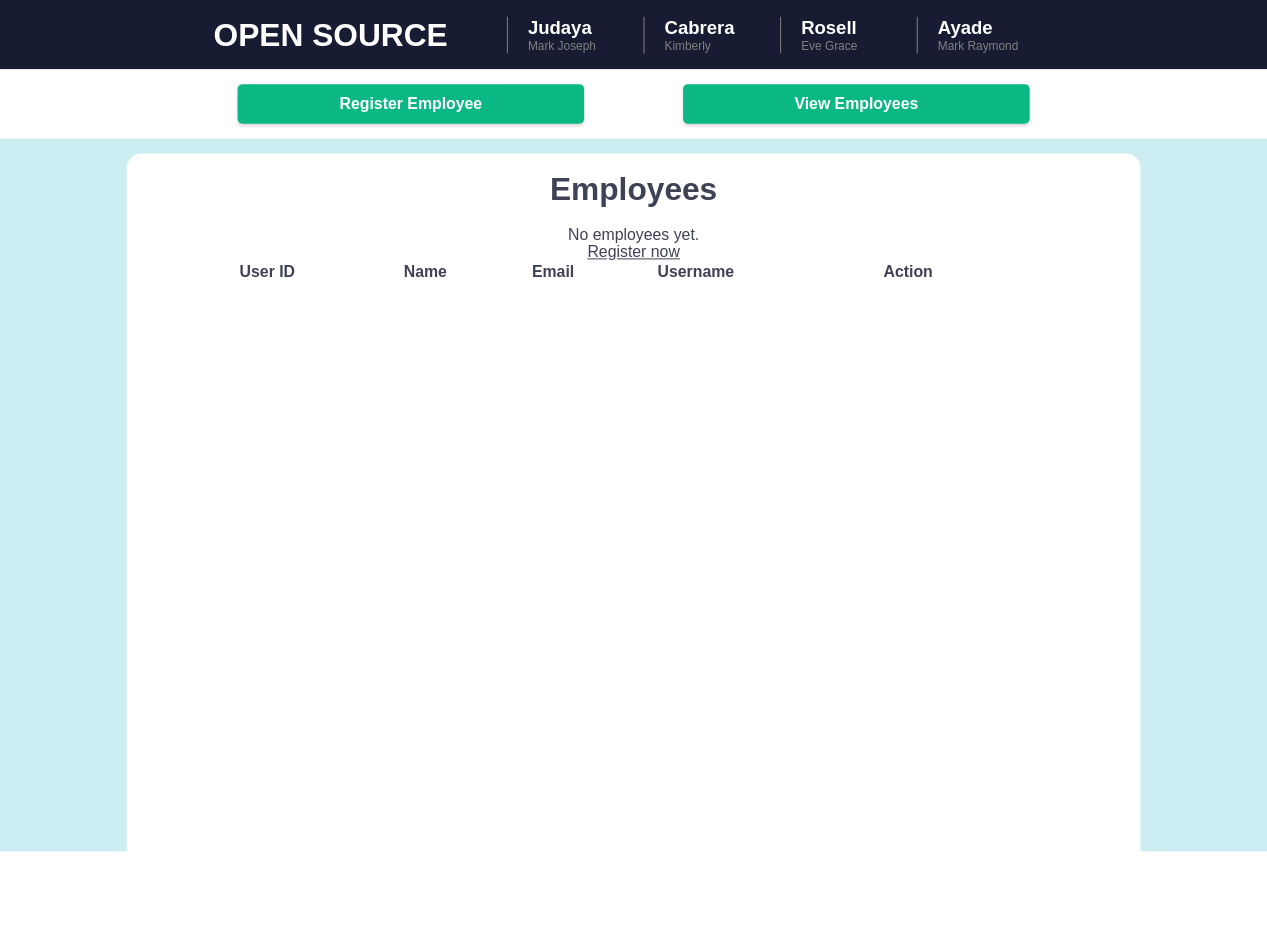
Repository: azkalonz/Int-Prog-2
Page: http://localhost/Int_Prog_2/employee?page=view
The author's editor kept a copy of each file at every save. The page is drawn from the files as they stood at one save, then again after the next save.
The browser window is 1280 px wide. The pictures show the whole page, at 99% of full size.
The page is served by Tomcat 9. Other server files are loaded and not shown. Queries for data that is not in the repository find no rows.

Above is the page before, as saved 2021-03-02 11:56:11.

### Int Prog 2/WebContent/WEB-INF/views/employees.jsp
<%@taglib prefix="c" uri="http://java.sun.com/jsp/jstl/core"%>

<jsp:include page="/WEB-INF/layout/header.jsp" />

<div class="tableCon">
            <h1>Employees</h1>
            <br>
            <c:if test="${empty employees}">
			    No employees yet. <a href="<%=request.getContextPath() %>/register">Register now</a>
			</c:if>
            <table id="theTable">
                <thead>
                    <tr>
                        <th>User ID</th>
                        <th>Name</th>
                        <th>Email</th>
                        <th>Username</th>
                        <th>Action</th>
                    </tr>
                </thead>
                <tbody>
                    <c:forEach items="${employees}" var="employee">
					    <tr>
					        <td>${employee.employeeID}</td>
					        <td>${employee.firstname} ${employee.lastname}</td>
					        <td>${employee.email}</td>
					        <td>${employee.username}</td>
					        <td>
					        	<a class="button-link" href="?id=${employee.employeeID}">
					        		View
					        	</a>
					        	<a class="button-link" href="<%=request.getContextPath() %>/delete?id=${employee.employeeID}">
					        		Delete
					        	</a>
					        </td>
					    </tr>
					</c:forEach>
                </tbody>
            </table>
        </div>

<jsp:include page="/WEB-INF/layout/footer.jsp" />

### Int Prog 2/WebContent/WEB-INF/layout/header.jsp
<%@ page language="java" contentType="text/html; charset=ISO-8859-1"
	pageEncoding="ISO-8859-1"%>
<!DOCTYPE html>
<html>
<head>
<meta charset="ISO-8859-1">
<title>Employee</title>
<link rel="stylesheet" href="<%=request.getContextPath()%>/css/style.css"/>
</head>
<body>
<header>
        <div class="container">
            <h1>OPEN SOURCE</h1>
            <div class="namesCon">
                <div class="names">
                    <h3>Judaya</h3>
                    <span>Mark Joseph</span>
                </div>
                <div class="names">
                    <h3>Cabrera</h3>
                    <span>Kimberly</span>
                </div>
                <div class="names">
                    <h3>Rosell</h3>
                    <span>Eve Grace</span>
                </div>
                <div class="names">
                    <h3>Ayade</h3>
                    <span>Mark Raymond</span>
                </div>
            </div>
        </div>
    </header>
    <div class="navCon">
        <div class="container">
            <a class="button" href="<%=request.getContextPath()%>/register">Register Employee</a>
            <a class="button" href="<%=request.getContextPath()%>/employee">View Employees</a>
        </div>
    </div>

    <div class="thecontent">

### Int Prog 2/src/com/intprog/controller/EmployeeServlet.java
package com.intprog.controller;

import java.io.IOException;
import java.util.ArrayList;

import javax.servlet.ServletException;
import javax.servlet.annotation.WebServlet;
import javax.servlet.http.HttpServlet;
import javax.servlet.http.HttpServletRequest;
import javax.servlet.http.HttpServletResponse;

import com.intprog.dao.EmployeeDAO;
import com.intprog.model.Employee;

/**
 * Servlet implementation class EmployeeServlet
 */
@WebServlet("/employee")
public class EmployeeServlet extends HttpServlet {
	private static final long serialVersionUID = 1L;
	EmployeeDAO employeeDAO = new EmployeeDAO();

    /**
     * @see HttpServlet#HttpServlet()
     */
    public EmployeeServlet() {
        super();
        // TODO Auto-generated constructor stub
    }

	/**
	 * @see HttpServlet#doGet(HttpServletRequest request, HttpServletResponse response)
	 */
	protected void doGet(HttpServletRequest request, HttpServletResponse response) throws ServletException, IOException  {
		// TODO Auto-generated method stub
		String id = request.getParameter("id");
		ArrayList<Employee> employees = new ArrayList<Employee>();
		Employee emp = new Employee();
		try {
			emp = employeeDAO.selectEmployee(Integer.parseInt(id));
			getServletContext().setAttribute("employee", emp);
			getServletContext().getRequestDispatcher("/WEB-INF/views/employee.jsp").forward(request, response);
		} catch(Exception e) {

		}
		try {
			employees = employeeDAO.allEmployee();
			getServletContext().setAttribute("employees", employees);
			getServletContext().getRequestDispatcher("/WEB-INF/views/employees.jsp").forward(request, response);
		}catch(Exception e) {
		}
	}

	/**
	 * @see HttpServlet#doPost(HttpServletRequest request, HttpServletResponse response)
	 */
	protected void doPost(HttpServletRequest request, HttpServletResponse response) throws ServletException, IOException {
		// TODO Auto-generated method stub
		doGet(request, response);
	}

}

### Int Prog 2/src/com/intprog/model/Employee.java
package com.intprog.model;

public class Employee {
	private String firstname,lastname,email,username,password,mi;
	public int employeeID;

	public int getEmployeeID() {
		return employeeID;
	}

	public void setEmployeeID(int employeeID) {
		this.employeeID = employeeID;
	}

	public String getFirstname() {
		return firstname;
	}

	public void setFirstname(String firstname) {
		this.firstname = firstname;
	}

	public String getLastname() {
		return lastname;
	}

	public void setLastname(String lastname) {
		this.lastname = lastname;
	}

	public String getEmail() {
		return email;
	}

	public void setEmail(String email) {
		this.email = email;
	}

	public String getUsername() {
		return username;
	}

	public void setUsername(String username) {
		this.username = username;
	}

	public String getPassword() {
		return password;
	}

	public void setPassword(String password) {
		this.password = password;
	}

	public String getMi() {
		return mi;
	}

	public void setMi(String mi) {
		this.mi = mi;
	}



}

### Int Prog 2/WebContent/css/style.css
* {
  margin: 0;
  padding: 0;
  box-sizing: border-box;
  font-family: "Poppins", sans-serif;
  color: rgb(63, 66, 84);
}

header {
  width: 100%;
  height: 70px;
  background: rgb(24, 28, 50);
  display: flex;
  align-items: center;
  justify-content: center;
}

header .container {
  width: 1024px;
  display: flex;
  justify-content: center;
}

header .container h1 {
  color: white;
  margin-right: 20px;
}

header .container .namesCon {
  display: flex;
  margin-left: 40px;
}

.container .namesCon .names {
  width: 130px;
  display: flex;
  flex-direction: column;
  margin-right: 8px;
  border-left: 1px solid gray;
  padding-left: 20px;
}

.namesCon .names h3 {
  color: white;
}

.namesCon .names span {
  font-size: 12px;
  color: gray;
}

.navCon {
  width: 100%;
  height: 70px;
  background: white;
  display: flex;
  align-items: center;
  justify-content: center;
  padding: 20px 0;
}

.navCon .container {
  width: 1024px;
  display: flex;
  align-items: center;
  justify-content: center;
}

.navCon .container .button {
  width: 350px;
  height: 40px;
  margin: 0 50px;
  cursor: pointer;
  border: none;
  border-radius: 5px;
  background: rgb(11, 183, 131);
  font-weight: bold;
  box-shadow: 0 2px 4px lightgray;
  display: flex;
  justify-content: center;
  align-items: center;
}

.navCon .container .button {
  text-decoration: none;
  color: white;
}

.thecontent {
  width: 100%;
  height: 100vh;
  display: flex;
  justify-content: center;
  padding: 15px 0;
  background: rgb(204, 238, 242);
}

.formCon {
  display: flex;
  align-items: center;
  justify-content: center;
  width: 1024px;
  height: 700px;
  background: white;
  padding-top: 15px;
  border-radius: 15px;
}
.inputCon {
  width: 370px;
  height: 80px;
  display: flex;
  flex-direction: column;
}

.inputCon span {
  margin-right: 10px;
  font-size: 15px;
}

.inputCon input {
  height: 40px;
  padding-left: 7px;
  border: 1px solid gray;
  border-radius: 5px;
}

.formCon button {
  width: 200px;
  height: 70px;
  float: right;
  border: none;
  border-radius: 4px;
  background: rgb(11, 183, 131);
  color: white;
  font-weight: bold;
  box-shadow: 0 2px 4px lightgray;
}

.thecontent .tableCon {
  background: white;
  width: 1024px;
  height: 800px;
  display: flex;
  justify-content: flex-start;
  padding-top: 18px;
  align-items: center;
  flex-direction: column;
  border-radius: 15px;
}

.tableCon table {
  width: 800px;
}

.tableCon table th {
  text-align: left;
}

.view-employee-table tr td:first-of-type{
	font-weight: bold;
	width: 200px;
	max-width: 200px;
}

table tr td {
	padding: 7px 13px;
}

Loaded but not shown: Int Prog 2/WebContent/WEB-INF/layout/footer.jsp (common file)

After the next save:
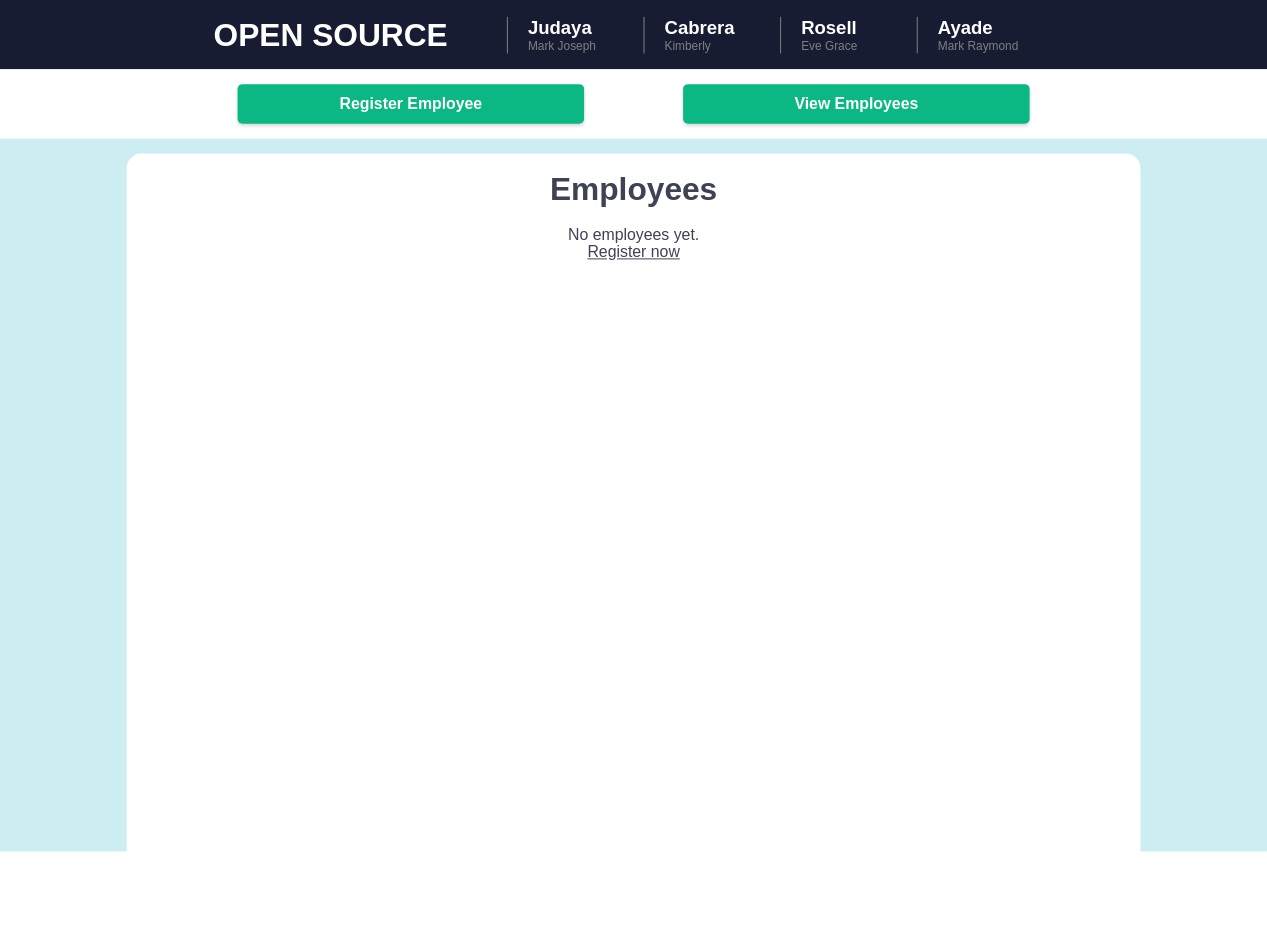
Saved 23 s later.
--- a/Int Prog 2/WebContent/WEB-INF/views/employees.jsp
+++ b/Int Prog 2/WebContent/WEB-INF/views/employees.jsp
@@ -8,35 +8,38 @@
             <c:if test="${empty employees}">
 			    No employees yet. <a href="<%=request.getContextPath() %>/register">Register now</a>
 			</c:if>
-            <table id="theTable">
-                <thead>
-                    <tr>
-                        <th>User ID</th>
-                        <th>Name</th>
-                        <th>Email</th>
-                        <th>Username</th>
-                        <th>Action</th>
-                    </tr>
-                </thead>
-                <tbody>
-                    <c:forEach items="${employees}" var="employee">
-					    <tr>
-					        <td>${employee.employeeID}</td>
-					        <td>${employee.firstname} ${employee.lastname}</td>
-					        <td>${employee.email}</td>
-					        <td>${employee.username}</td>
-					        <td>
-					        	<a class="button-link" href="?id=${employee.employeeID}">
-					        		View
-					        	</a>
-					        	<a class="button-link" href="<%=request.getContextPath() %>/delete?id=${employee.employeeID}">
-					        		Delete
-					        	</a>
-					        </td>
-					    </tr>
-					</c:forEach>
-                </tbody>
-            </table>
+
+			<c:if test="${not empty employees}">
+	            <table id="theTable">
+	                <thead>
+	                    <tr>
+	                        <th>User ID</th>
+	                        <th>Name</th>
+	                        <th>Email</th>
+	                        <th>Username</th>
+	                        <th>Action</th>
+	                    </tr>
+	                </thead>
+	                <tbody>
+	                    <c:forEach items="${employees}" var="employee">
+						    <tr>
+						        <td>${employee.employeeID}</td>
+						        <td>${employee.firstname} ${employee.lastname}</td>
+						        <td>${employee.email}</td>
+						        <td>${employee.username}</td>
+						        <td>
+						        	<a class="button-link" href="?id=${employee.employeeID}">
+						        		View
+						        	</a>
+						        	<a class="button-link" href="<%=request.getContextPath() %>/delete?id=${employee.employeeID}">
+						        		Delete
+						        	</a>
+						        </td>
+						    </tr>
+						</c:forEach>
+	                </tbody>
+	            </table>
+            </c:if>
         </div>
 
 <jsp:include page="/WEB-INF/layout/footer.jsp" />
